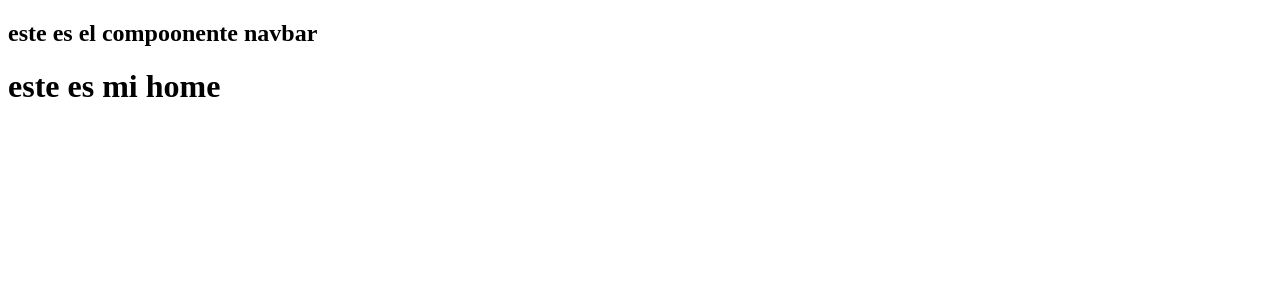
Repository: mauro8778/TurnoClinica
Page: / (app in front/vite-project/)
The author's editor kept a copy of each file at every save. The page is drawn from the files as they stood at one save, then again after the next save.
The browser window is 1280 px wide. The pictures show the whole page.
The project was rebuilt for these pictures with package versions that can differ from the ones it lists, and the page was loaded fresh each time. Also part of the build but not shown: front/vite-project/vite.config.js.

Above is the page before, as saved 2024-04-11 18:03:17.

After the next save:
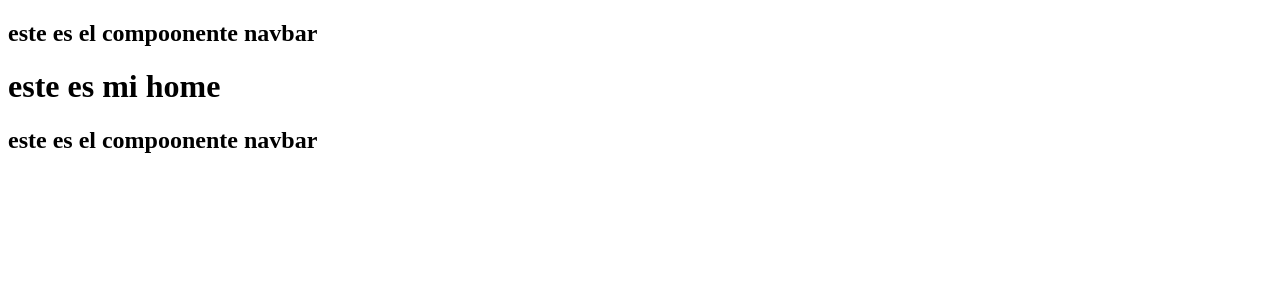
Saved 56 s later.
--- a/front/vite-project/src/views/home.jsx
+++ b/front/vite-project/src/views/home.jsx
@@ -1,9 +1,12 @@
-const home = () => {
+import NavBar from "../components/NavBar"
+
+const Home = () => {
     return(
        <>
         <h1>este es mi home</h1>
+        <NavBar/>
        </>
     )
 
 }
-export default home
+export default Home
